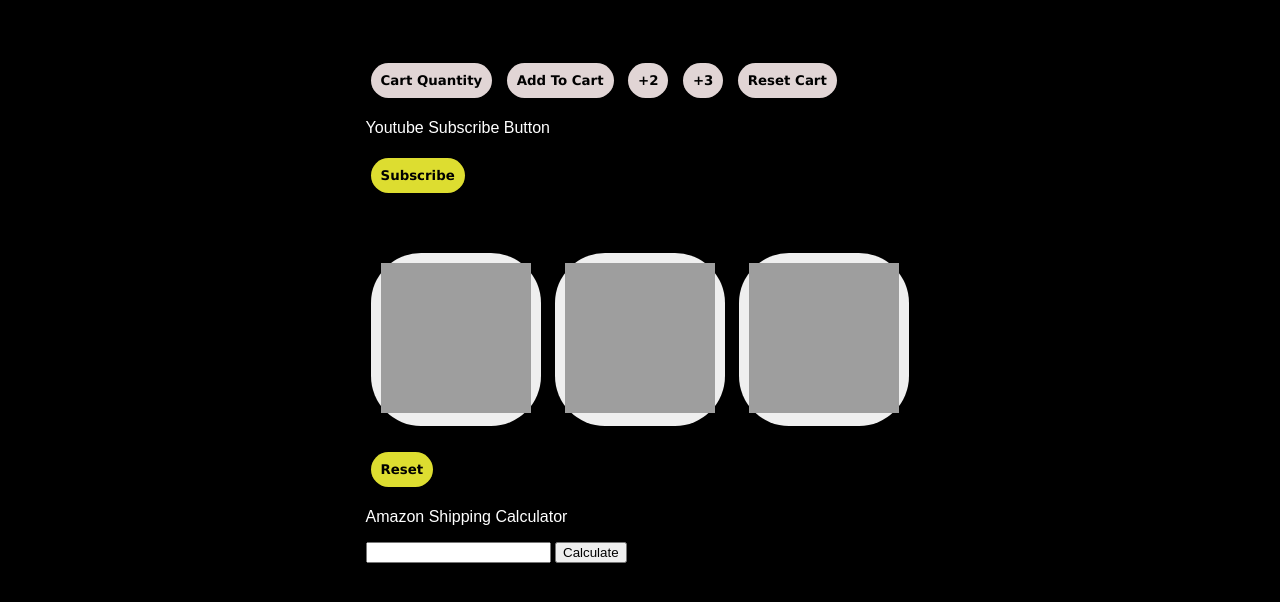
Repository: EguJaredoBoyd/Jared-Learning-Projects
Page: javascript-tutorial.html
These files come from the project's save history. The page is drawn as it stood at one moment and after the next save; the edit follows.
The browser window is 1280 px wide. The pictures show the whole page.
Pictures or frames that could not be fetched are drawn as grey boxes.

Above is the page before, as saved 2025-07-06 23:09:20.

### javascript-tutorial.html
<!DOCTYPE html>
<html lang="en">
<head>
    <meta charset="UTF-8">
    <meta name="viewport" content="width=device-width, initial-scale=1.0">
    <title>Document</title>
    <link rel="stylesheet" href="javascript-tutorial.css">
    <script src="javacript-tutorial.js" defer></script>
</head>
<body>
    <main>
        <section class="cart-class">
            <button onclick="cartDisplay()">Cart Quantity</button>
            <button onclick="addCart();
            cartDisplay()">Add To Cart</button>
            <button onclick="addCart2();
            cartDisplay()">+2</button>
            <button onclick="addCart3();
            cartDisplay()">+3</button>
            <button onclick="cartReset();
            cartDisplay()">Reset Cart</button>

            <p id="cart-quantity"></p>
            <p>Youtube Subscribe Button</p>
            <button onclick="subscribe()" class="sub-button">Subscribe</button>
        </section>

        <section class="game-play">
            <button onclick="selectRock()" class="rock"><img src="./images/solidarity-emoji.jpg" alt="Rock Hand Game"></button>
            <button onclick="selectPaper()"><img src="./images/high-five-emoji.jpg" alt="Paper Hand Game"></button>
            <button onclick="selectScissors()"><img src="./images/two-fingers-emoji.jpg" alt="Scissiors Hand Game"></button>
            <p class="win-paragraph"></p>
            <p class="move-paragraph"></p>
            <p class="score-paragraph"></p>
            <button onclick="selectReset()" class="reset">Reset</button>
        </section>

        <section class="amazon-calculator">
            <p>Amazon Shipping Calculator</p>
            <input type="text" class="amazon-cost" onkeydown="handleCost(event)">
            <button onclick="calculateTotal()">Calculate</button>
            <p class="shipping-cost"></p>
        </section>
    </main>

</body>
</html>

### javascript-tutorial.css
body{
    font-family: Arial, Helvetica, sans-serif;
    background-color: black;
    display: flex;
    justify-content: center;
    padding-top: 50px;

}
.cart-class{
    margin-bottom: 50px;
}
.cart-class button{
    padding: 10px;
    margin: 5px;
    font-weight: bold;
    font-family: Verdana, Geneva, Tahoma, sans-serif;
    border: none;
    border-radius: 50px;

}
.cart-class button:not(.sub-button){
    background-color: rgb(225, 213, 213);

}
.sub-button{
    background-color: rgb(221, 221, 48);
}
.sub-button-two{
    background-color: rgb(225, 213, 213);
}
p{
    color: white;
}

/* game-section  */

.game-play button{
    padding: 10px;
    margin: 5px;
    font-weight: bold;
    font-family: Verdana, Geneva, Tahoma, sans-serif;
    border: none;
    border-radius: 50px;
}
.game-play button :not(.reset){
    background-color: blue;
}
.reset{
    background-color: rgb(221, 221, 48);
}
.game-play:not(.reset) img{
    height: 150px;
    width: 150px;

}

### javacript-tutorial.js
let cartQuantity = 0;
function cartDisplay(){
    document.getElementById('cart-quantity').innerHTML = cartQuantity;
};

function addCart(){
    cartQuantity = cartQuantity + 1;
};

function addCart2(){
    cartQuantity += 2;
};

function addCart3(){
    cartQuantity += 3;
};

function cartReset(){
    alert("Cart has been reset");
    cartQuantity = 0;
};

function subscribe () {
    let subClick = document.querySelector('.sub-button');
        if (subClick.innerHTML === 'Subscribe') {
            subClick.innerHTML = 'Subscribed'
            subClick.classList.add('sub-button-two');
        } else{
            subClick.innerHTML = 'Subscribe'
            subClick.classList.remove('sub-button-two');

        }
    }




let computerMove = '';
let score = {
    wins: 0,
    losses: 0,
    ties: 0
};

// ✅ Fix 1: Load saved score if it exists in localStorage
const storage = localStorage.getItem('gameScore');
if (storage) {
    score = JSON.parse(storage);
}

console.log(score); // Optional: Just to confirm score is loaded

function selectRock() {
    // ✅ Fix 2: New random number every time the function runs
    let randomNumber = Math.random();

    if (randomNumber >= 0 && randomNumber < 1 / 3) {
        computerMove = 'rock';
    } else if (randomNumber >= 1 / 3 && randomNumber < 2 / 3) {
        computerMove = 'paper';
    } else {
        computerMove = 'scissors';
    }

    let result = '';
    if (computerMove === 'rock') {
        result = 'tie';
    } else if (computerMove === 'paper') {
        result = 'lose';
    } else if (computerMove === 'scissors') {
        result = 'win';
    }

    let newResult = '';
    if (result === 'win') {
        score.wins += 1;
        newResult = 'wins!';
    } else if (result === 'lose') {
        score.losses += 1;
        newResult = 'losses!';
    } else {
        score.ties += 1;
        newResult = 'ties!';
    }

    // ✅ Fix 3: Save updated score to localStorage
    localStorage.setItem('gameScore', JSON.stringify(score));

    let newScore, valueOne, valueTwo, outcomeOne, outcomeTwo;

    if (newResult === 'wins!') {
        newScore = score.wins;
        valueOne = score.losses;
        outcomeOne = 'losses';
        valueTwo = score.ties;
        outcomeTwo = 'ties';
    } else if (newResult === 'losses!') {
        newScore = score.losses;
        valueOne = score.wins;
        outcomeOne = 'wins';
        valueTwo = score.ties;
        outcomeTwo = 'ties';
    } else {
        newScore = score.ties;
        valueOne = score.wins;
        outcomeOne = 'wins';
        valueTwo = score.losses;
        outcomeTwo = 'losses';
    }

    alert(`You picked rock and the computer picked ${computerMove}, you ${result}!
You have ${newScore} ${newResult}, ${valueOne} ${outcomeOne}, and ${valueTwo} ${outcomeTwo}`);

    let rock = document.querySelector('.win-paragraph');
    rock.innerHTML = (`You picked rock and the computer picked ${computerMove}, you ${result}!
    You have ${newScore} ${newResult}, ${valueOne} ${outcomeOne}, and ${valueTwo} ${outcomeTwo}`);

    let rockMove = document.querySelector('.move-paragraph');
    rockMove.innerHTML = (`You - rock : ${computerMove} - Computer`);

    let rockScore = document.querySelector('.score-paragraph');
    rockScore.innerHTML = (`You ${result}!`)

}

function selectPaper() {
    let randomNumber = Math.random();

    if (randomNumber >= 0 && randomNumber < 1 / 3) {
        computerMove = 'rock';
    } else if (randomNumber >= 1 / 3 && randomNumber < 2 / 3) {
        computerMove = 'paper';
    } else {
        computerMove = 'scissors';
    }

    let result = '';
    if (computerMove === 'paper') {
        result = 'tie';
    } else if (computerMove === 'scissors') {
        result = 'lose';
    } else if (computerMove === 'rock') {
        result = 'win';
    }

    let newResult = '';
    if (result === 'win') {
        score.wins += 1;
        newResult = 'wins!';
    } else if (result === 'lose') {
        score.losses += 1;
        newResult = 'losses!';
    } else {
        score.ties += 1;
        newResult = 'ties!';
    }

    localStorage.setItem('gameScore', JSON.stringify(score));

    let newScore, valueOne, valueTwo, outcomeOne, outcomeTwo;

    if (newResult === 'wins!') {
        newScore = score.wins;
        valueOne = score.losses;
        outcomeOne = 'losses';
        valueTwo = score.ties;
        outcomeTwo = 'ties';
    } else if (newResult === 'losses!') {
        newScore = score.losses;
        valueOne = score.wins;
        outcomeOne = 'wins';
        valueTwo = score.ties;
        outcomeTwo = 'ties';
    } else {
        newScore = score.ties;
        valueOne = score.wins;
        outcomeOne = 'wins';
        valueTwo = score.losses;
        outcomeTwo = 'losses';
    }

    alert(`You picked paper and the computer picked ${computerMove}, you ${result}!
You have ${newScore} ${newResult}, ${valueOne} ${outcomeOne}, and ${valueTwo} ${outcomeTwo}`);

    let paper = document.querySelector('.win-paragraph');
        paper.innerHTML = `You picked paper and the computer picked ${computerMove}, you ${result}!
You have ${newScore} ${newResult}, ${valueOne} ${outcomeOne}, and ${valueTwo} ${outcomeTwo}`;

    let paperMove = document.querySelector('.move-paragraph');
    paperMove.innerHTML = (`You - paper : ${computerMove} - Computer`);

    let paperScore = document.querySelector('.score-paragraph');
    paperScore.innerHTML = (`You ${result}!`)


}

function selectScissors() {
    let randomNumber = Math.random();

    if (randomNumber >= 0 && randomNumber < 1 / 3) {
        computerMove = 'rock';
    } else if (randomNumber >= 1 / 3 && randomNumber < 2 / 3) {
        computerMove = 'paper';
    } else {
        computerMove = 'scissors';
    }

    let result = '';
    if (computerMove === 'scissors') {
        result = 'tie';
    } else if (computerMove === 'rock') {
        result = 'lose';
    } else if (computerMove === 'paper') {
        result = 'win';
    }

    let newResult = '';
    if (result === 'win') {
        score.wins += 1;
        newResult = 'wins!';
    } else if (result === 'lose') {
        score.losses += 1;
        newResult = 'losses!';
    } else {
        score.ties += 1;
        newResult = 'ties!';
    }

    localStorage.setItem('gameScore', JSON.stringify(score));

    let newScore, valueOne, valueTwo, outcomeOne, outcomeTwo;

    if (newResult === 'wins!') {
        newScore = score.wins;
        valueOne = score.losses;
        outcomeOne = 'losses';
        valueTwo = score.ties;
        outcomeTwo = 'ties';
    } else if (newResult === 'losses!') {
        newScore = score.losses;
        valueOne = score.wins;
        outcomeOne = 'wins';
        valueTwo = score.ties;
        outcomeTwo = 'ties';
    } else {
        newScore = score.ties;
        valueOne = score.wins;
        outcomeOne = 'wins';
        valueTwo = score.losses;
        outcomeTwo = 'losses';
    }

    alert(`You picked scissors and the computer picked ${computerMove}, you ${result}!
You have ${newScore} ${newResult}, ${valueOne} ${outcomeOne}, and ${valueTwo} ${outcomeTwo}`);

    let scissors = document.querySelector('.win-paragraph');
    scissors.innerHTML = (`You picked scissors and the computer picked ${computerMove}, you ${result}!
You have ${newScore} ${newResult}, ${valueOne} ${outcomeOne}, and ${valueTwo} ${outcomeTwo}`);

    let scissorsMove = document.querySelector('.move-paragraph');
    scissorsMove.innerHTML = (`You - scissors : ${computerMove} - Computer`);

    let scissorsScore = document.querySelector('.score-paragraph');
    scissorsScore.innerHTML = (`You ${result}!`)

}

function selectReset() {
    score = {
        wins: 0,
        losses: 0,
        ties: 0
    };

    // ✅ Fix 4: Clear the score from localStorage too
    localStorage.removeItem('gameScore');

    alert(`Your score has been reset.`);

    let scoreReset = document.querySelector('.win-paragraph');
    scoreReset.innerHTML = ('Your score has been reset.');

    let resetMove = document.querySelector('.move-paragraph');
    resetMove.innerHTML = (``);

    let resetScore = document.querySelector('.score-paragraph');
    resetScore.innerHTML = (``)
};

function calculateTotal() {
    const amazonCost = document.querySelector('.amazon-cost');
    let cost = Number(amazonCost.value);

    let amount = 50;
    if (cost < amount) {
        cost = cost + 10;

    }

    document.querySelector('.shipping-cost').innerHTML = cost;
    console.log(cost);



};

function handleCost(event) {
    if (event.key === 'Enter') {
        calculateTotal();
    }
};

After the next save:
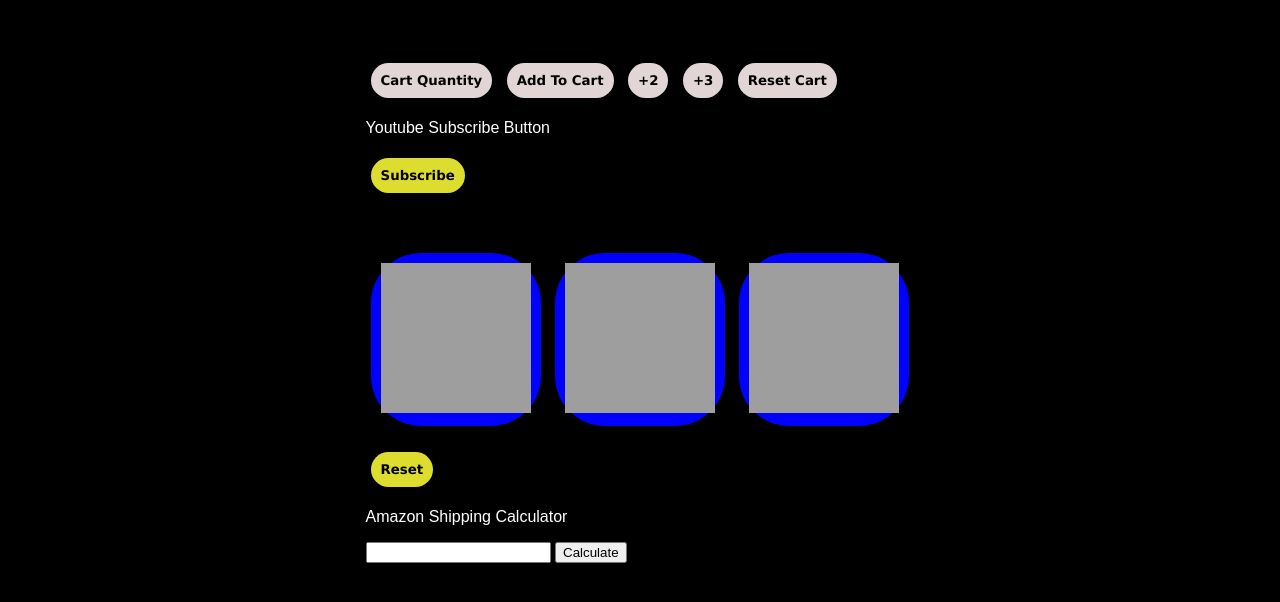
Saved 9 s later.
--- a/javascript-tutorial.css
+++ b/javascript-tutorial.css
@@ -42,7 +42,7 @@ p{
     border: none;
     border-radius: 50px;
 }
-.game-play button :not(.reset){
+.game-play button:not(.reset){
     background-color: blue;
 }
 .reset{
